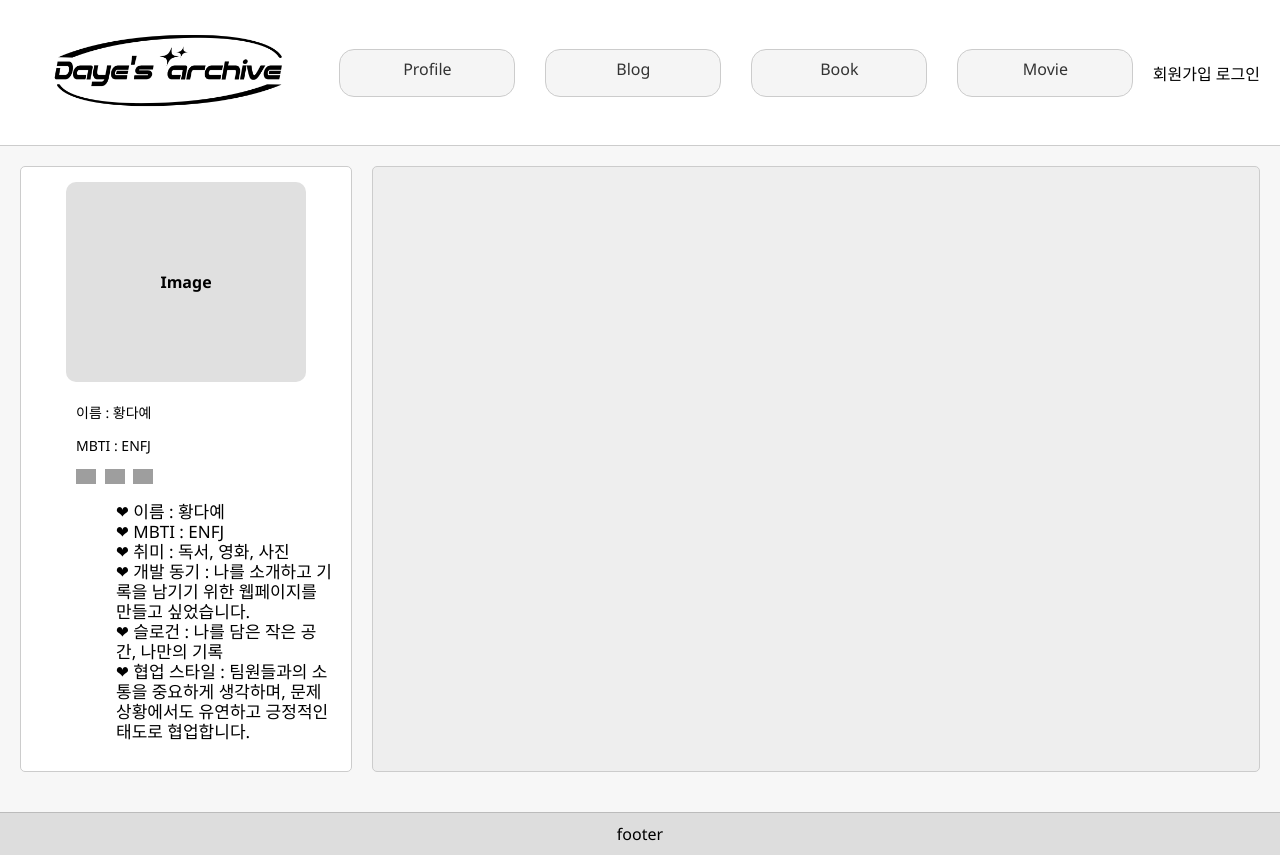
Repository: HWANG-DAYE/spring_project
Page: http://localhost/daye_archive/WEB-INF/views/main.jsp
These files come from the project's save history. The page is drawn as it stood at one moment and after the next save; the edit follows.
The browser window is 1280 px wide. The pictures show the whole page.
Pictures or frames that could not be fetched are drawn as grey boxes. The page is served by Tomcat 9. Nobody is signed in. The template is opened directly, without the code that normally fills it, so the values that code supplies are empty.

Above is the page before, as saved 2025-08-06 06:43:38.

After the next save:
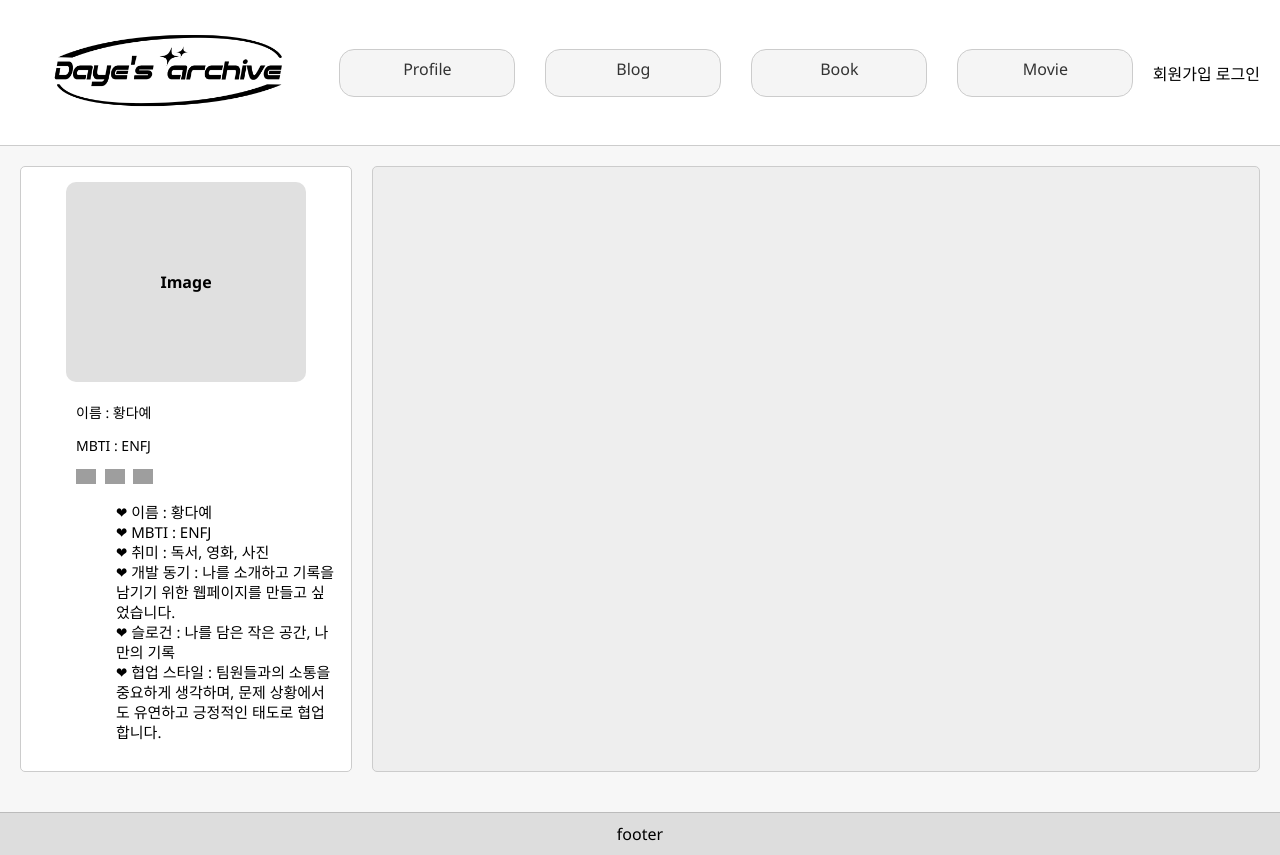
Saved 5 s later.
--- a/daye_archive/src/main/webapp/WEB-INF/views/main.jsp
+++ b/daye_archive/src/main/webapp/WEB-INF/views/main.jsp
@@ -71,7 +71,7 @@ header {
 }
 
 .profile li {
-  font-size: 17px;
+  font-size: 15px;
   line-height: 20px;
 }
 
